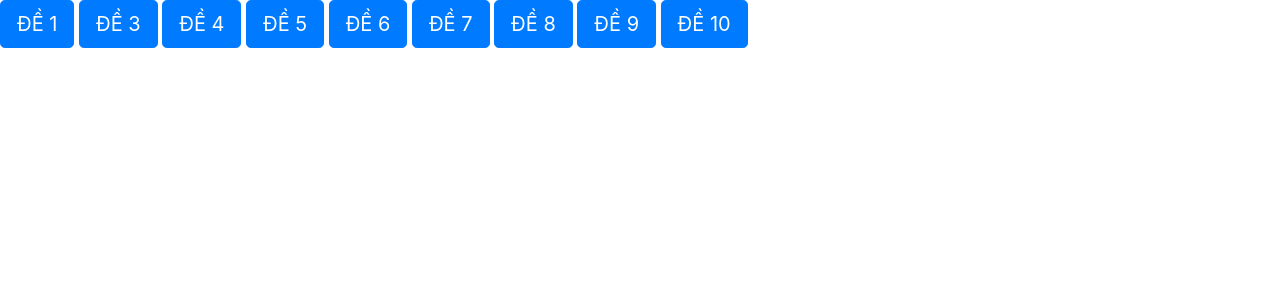
Repository: tunguyenhy222/tunguyenhy222
Page: index.html
These files come from the project's save history. The page is drawn as it stood at one moment and after a run of saves; the edit follows.
The browser window is 1280 px wide. The pictures show the whole page.

Above is the page before, as saved 2021-08-12 21:07:32.

### index.html
<!DOCTYPE html>
<html lang="en">
  <head>
    <meta charset="UTF-8" />
    <meta http-equiv="X-UA-Compatible" content="IE=edge" />
    <meta name="viewport" content="width=device-width, initial-scale=1.0" />
    <title>Document</title>
    <script
      src="https://code.jquery.com/jquery-3.3.1.slim.min.js"
      integrity="sha384-q8i/X+965DzO0rT7abK41JStQIAqVgRVzpbzo5smXKp4YfRvH+8abtTE1Pi6jizo"
      crossorigin="anonymous"
    ></script>

    <script
      src="https://cdnjs.cloudflare.com/ajax/libs/popper.js/1.14.7/umd/popper.min.js"
      integrity="sha384-UO2eT0CpHqdSJQ6hJty5KVphtPhzWj9WO1clHTMGa3JDZwrnQq4sF86dIHNDz0W1"
      crossorigin="anonymous"
    ></script>

    <script
      src="https://stackpath.bootstrapcdn.com/bootstrap/4.3.1/js/bootstrap.min.js"
      integrity="sha384-JjSmVgyd0p3pXB1rRibZUAYoIIy6OrQ6VrjIEaFf/nJGzIxFDsf4x0xIM+B07jRM"
      crossorigin="anonymous"
    ></script>
    <link
      rel="stylesheet"
      href="https://stackpath.bootstrapcdn.com/bootstrap/4.3.1/css/bootstrap.min.css"
      integrity="sha384-ggOyR0iXCbMQv3Xipma34MD+dH/1fQ784/j6cY/iJTQUOhcWr7x9JvoRxT2MZw1T"
      crossorigin="anonymous"
    />
  </head>
  <body>
    <button type="button" class="btn btn-primary btn-lg">ĐỀ 1</button>
    <button type="button" class="btn btn-primary btn-lg">ĐỀ 3</button>
    <button type="button" class="btn btn-primary btn-lg">ĐỀ 4</button>
    <button type="button" class="btn btn-primary btn-lg">ĐỀ 5</button>
    <button type="button" class="btn btn-primary btn-lg">ĐỀ 6</button>
    <button type="button" class="btn btn-primary btn-lg">ĐỀ 7</button>
    <button type="button" class="btn btn-primary btn-lg">ĐỀ 8</button>
    <button type="button" class="btn btn-primary btn-lg">ĐỀ 9</button>
    <button type="button" class="btn btn-primary btn-lg">ĐỀ 10</button>
  </body>
</html>

After the next 4 saves:
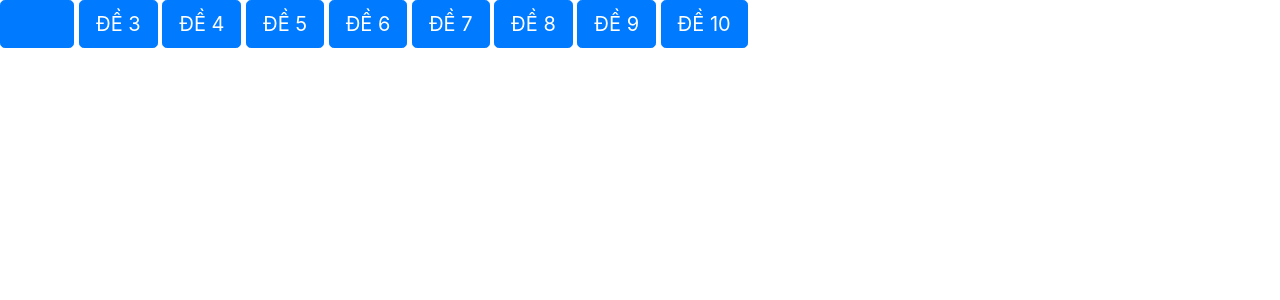
The 4 saves are shown as one change because they came seconds apart.
The last was saved 2 min 31 s later.
--- a/index.html
+++ b/index.html
@@ -30,7 +30,7 @@
     />
   </head>
   <body>
-    <button type="button" class="btn btn-primary btn-lg">ĐỀ 1</button>
+    <button type="button" class="btn btn-primary btn-lg"><a href="http://">ĐỀ 1</a></button>
     <button type="button" class="btn btn-primary btn-lg">ĐỀ 3</button>
     <button type="button" class="btn btn-primary btn-lg">ĐỀ 4</button>
     <button type="button" class="btn btn-primary btn-lg">ĐỀ 5</button>
